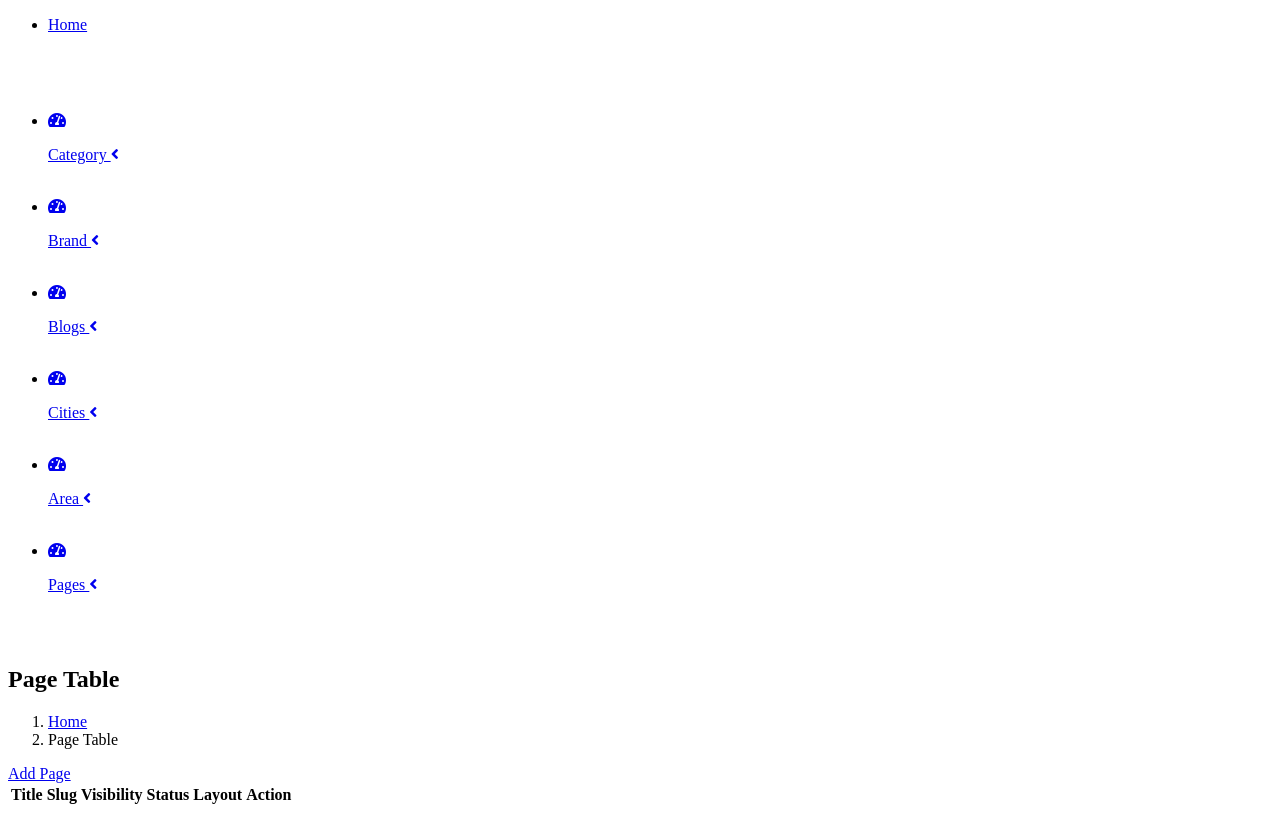
Repository: samiraelshon123/LP_Project
Page: http://localhost/admin/Page
The author's editor kept a copy of each file at every save. The page is drawn from the files as they stood at one save, then again after a run of saves.
The browser window is 1280 px wide. The pictures show the whole page.
Some web fonts or font styles are not loaded; a fallback is used. The page is served by the project's Laravel application, run on PHP 8.4 with Laravel 9. A made-up administrator, Test User (test@example.com), is signed in. Other server files are loaded and not shown. Queries for data that is not in the repository find no rows.

Above is the page before, as saved 2023-05-29 22:56:43.

### routes/web.php
<?php

use App\Http\Controllers\admin\AreaController;
use Illuminate\Support\Facades\Route;
use App\Http\Controllers\admin\CategoryController;
use App\Http\Controllers\admin\BrandController;
use App\Http\Controllers\admin\BlogController;
use App\Http\Controllers\admin\CityController;
use App\Http\Controllers\admin\PageController;
use App\Http\Controllers\admin\SocialMediaController;
use App\Http\Controllers\auth\RegisterController;
use App\Http\Controllers\auth\LoginController;
use App\Http\Controllers\auth\LogoutController;
use App\Http\Controllers\auth\AdminLoginController;

////////////

//user

use App\Http\Controllers\User\UserController;

/*
|--------------------------------------------------------------------------
| Web Routes
|--------------------------------------------------------------------------
|
| Here is where you can register web routes for your application. These
| routes are loaded by the RouteServiceProvider within a group which
| contains the "web" middleware group. Now create something great!
|
*/

Route::group(['prefix' => 'admin','middleware' => ['auth:admin']], function() {
        //admin
        Route::get('/', function(){
            return view('admin.dashboard');
        })->name('admin');

    // brand
    Route::resource('category', CategoryController::class);

    Route::resource('city', CityController::class);

    Route::resource('Area', AreaController::class);

    Route::resource('Page', PageController::class);




    // governorate
    Route::resource('brand', BrandController::class);

    //blog
     Route::resource('blog',BlogController::class);



});

//////////////////////////////////


Route::group(['middleware' => ['auth']], function() {
    Route::get('/', [UserController::class, 'home'])->name('user.home');
    Route::get('categories', [UserController::class, 'categories'])->name('user.categories');
    Route::get('about_us', [UserController::class, 'about_us'])->name('user.about_us');
    Route::get('change_location', [UserController::class, 'change_location'])->name('user.change_location');
    Route::get('contact_us', [UserController::class, 'contact_us'])->name('user.contact_us');
    Route::get('faq', [UserController::class, 'faq'])->name('user.faq');
    Route::get('privacy', [UserController::class, 'privacy'])->name('user.privacy');
    Route::get('terms_of_use', [UserController::class, 'terms_of_use'])->name('user.terms_of_use');
    Route::get('service_details', [UserController::class, 'service_details'])->name('user.service_details');
    Route::get('services_by_category', [UserController::class, 'services_by_category'])->name('user.services_by_category');




});

//////////////////////////////////

//authentication

Route::get('/register', [RegisterController::class, 'register'])->name('register');
Route::post('/register', [RegisterController::class, 'registerUser'])->name('registerUser');


Route::get('/login', [LoginController::class, 'login'])->name('login');
Route::post('/login', [LoginController::class, 'loginUser'])->name('loginUser');


Route::get('/logout', [LogoutController::class, 'logout']);

Route::get('/adminlogin', [AdminLoginController::class, 'loginPage']);
Route::post('/adminlogin', [AdminLoginController::class, 'loginAdmin'])->name('adminlogin');

### app/Models/User.php
<?php

namespace App\Models;

use Illuminate\Contracts\Auth\MustVerifyEmail;
use Illuminate\Database\Eloquent\Factories\HasFactory;
use Illuminate\Foundation\Auth\User as Authenticatable;
use Illuminate\Notifications\Notifiable;
use Laravel\Sanctum\HasApiTokens;

class User extends Authenticatable
{
    use HasApiTokens, HasFactory, Notifiable;

    /**
     * The attributes that are mass assignable.
     *
     * @var array<int, string>
     */
    protected $fillable = [
        'name',
        'phone',
        'email',
        'username',
        'password',
        'user_type'
    ];

    /**
     * The attributes that should be hidden for serialization.
     *
     * @var array<int, string>
     */
    protected $hidden = [
        'password',
        'remember_token',
    ];

    /**
     * The attributes that should be cast.
     *
     * @var array<string, string>
     */
    protected $casts = [
        'email_verified_at' => 'datetime',
    ];
     public function order(){
         return $this->belongsToMany(User::class, 'ord_users', 'user_id', 'order_id');
     }
}

### app/Models/Admin.php
<?php

namespace App\Models;

use Illuminate\Contracts\Auth\MustVerifyEmail;
use Illuminate\Database\Eloquent\Factories\HasFactory;
use Illuminate\Foundation\Auth\User as Authenticatable;
use Illuminate\Notifications\Notifiable;
use Laravel\Sanctum\HasApiTokens;

class Admin extends Authenticatable
{
    use HasApiTokens, HasFactory, Notifiable;
    public $table = 'admins';
    /**
     * The attributes that are mass assignable.
     *
     * @var array<int, string>
     */
    protected $fillable = [
        'name',
        'username',
        'role',
        'image',
        'description',
        'designation',
        'email',
        'password',
    ];

    /**
     * The attributes that should be hidden for serialization.
     *
     * @var array<int, string>
     */
    protected $hidden = [
        'password',
        'remember_token',
    ];

    /**
     * The attributes that should be cast.
     *
     * @var array<string, string>
     */
    protected $casts = [
        'email_verified_at' => 'datetime',
    ];
}

### app/Http/Controllers/admin/PageController.php
<?php

namespace App\Http\Controllers\admin;

use App\Http\Controllers\Controller;
use App\Models\Page;
use Illuminate\Http\Request;

class PageController extends Controller
{
    public function __construct()
    {
        $this->middleware('auth:admin');
    }

    public function index(){
        $pages = Page::all();

        return view('admin.pages.index', compact('pages'));

    }
    public function create(){
        return view('admin.pages.create');
    }
    public function store(Request $request)
    {
        $data = $request->validate([
            'title' => 'required|string',
            'slug' => 'required|string',
            'page_content' => 'required|string',
            'visibility' => 'required|string',
            'status' => 'required|string',
            'page_builder_status' => 'required|string',
            'layout' => 'required|string',
            'sidebar_layout' => 'required|string',
            'navbar_variant' => 'required|string',
            'page_class' => 'required|string',
            'back_to_top' => 'required|string',
            'breadcrumb_status' => 'required|string',
            'footer_variant' => 'required|string',
            'widget_style' => 'required|string',
            'left_column' => 'required|string',
            'right_column' => 'required|string',

        ]);


        Page::create($data);
            session()->flash('add_message', 'Page has been added');

        return  redirect('admin/Page');
    }

    public function edit($id){

        $Page = Page::find($id);

        return view('admin.pages.edit', compact('Page'));
    }
    public function update(Request $request, $id){
        $data = $request->validate([
            'title' => 'required|string',
            'slug' => 'required|string',
            'page_content' => 'required|string',
            'visibility' => 'required|string',
            'status' => 'required|string',
            'page_builder_status' => 'required|string',
            'layout' => 'required|string',
            'sidebar_layout' => 'required|string',
            'navbar_variant' => 'required|string',
            'page_class' => 'required|string',
            'back_to_top' => 'required|string',
            'breadcrumb_status' => 'required|string',
            'footer_variant' => 'required|string',
            'widget_style' => 'required|string',
            'left_column' => 'required|string',
            'right_column' => 'required|string',

        ]);
        $Page = Page::find($id);

        $Page->update($data);
        session()->flash('edit_message', 'Page has been updated');
        return  redirect('admin/Page');

    }
    public function destroy($id){
        $Page = Page::find($id);
        $Page->delete();
        session()->flash('delete_message', 'Page has been deleted');
        return  redirect('admin/Page');
    }
}

### app/Models/Page.php
<?php

namespace App\Models;

use Illuminate\Database\Eloquent\Factories\HasFactory;
use Illuminate\Database\Eloquent\Model;

class Page extends Model
{
    use HasFactory;
    protected $fillable = [
        'title',
        'slug',
        'page_content',
        'visibility',
        'status',
        'page_builder_status',
        'layout',
        'sidebar_layout',
        'navbar_variant',
        'page_class',
        'back_to_top',
        'breadcrumb_status',
        'footer_variant',
        'widget_style',
        'left_column',
        'right_column'
    ];

}

### resources/views/admin/pages/index.blade.php
@extends('layouts.admin')
@section('content')
  <div class="content-wrapper" style="margin-left: 0px;">
    <section class="content-header">
      <div class="container-fluid">
        <div class="row mb-2">
          <div class="col-sm-6">
            <h1>Page Table</h1>
          </div>
          <div class="col-sm-6">
            <ol class="breadcrumb float-sm-right">
              <li class="breadcrumb-item"><a href="{{route('admin')}}">Home</a></li>
              <li class="breadcrumb-item active">Page Table</li>
            </ol>
          </div>
        </div>
      </div>
    </section>

    <section class="content">
    @if(session('add_message'))
           <h1 style="color: rgb(73, 208, 73); font-size: 20px">{{session('add_message')}}</h1>
        @endif
        @if(session('delete_message'))
           <h1 style="color: red; font-size: 20px">{{session('delete_message')}}</h1>
        @endif
        @if(session('edit_message'))
           <h1 style="color: rgb(73, 208, 73); font-size: 20px">{{session('edit_message')}}</h1>
        @endif
      <div class="container-fluid">

    <div class="card" style="width: 1230px;">

      <!-- /.card-header -->
      <div class="card-body" >
        <div class="card-footer">
          <a href="{{route('Page.create')}}" class="btn btn-primary">Add Page</a>
        </div>
        <table class="table table-bordered">
          <thead>
            <tr>
              <th>Title</th>
              <th>Slug</th>
              <th>Visibility</th>
              <th>Status</th>
              <th>Layout</th>
              <th>Action</th>
            </tr>
          </thead>
          <tbody>
            <tr>
                @foreach ($pages as $Page)
                <tr>
                    <td>{{ $Page->title }}</td>
                    <td>{{ $Page->slug }}</td>
                    <td>{{ $Page->visibility }}</td>
                    <td>{{ ($Page->status == 0)? 'Active':  'InActive'  }}</td>
                    <td>{{ $Page->Layout }}</td>
                    <td style="display: flex;border-bottom: none;">
                        <a class="mr-4" href="{{route('Page.edit', $Page->id)}}">
                            <i class="fas fa-edit"></i>
                        </a>
                        <form action="{{route('Page.destroy', $Page->id)}}" method="post">
                          @method('delete')
                          @csrf
                        <button type="submit" style="border: none;color: red;background: white;">
                            <i class="far fa-trash-alt"></i>
                        </button>
                        </form>
                    </td>
                </tr>
                @endforeach
            </tr>
          </tbody>
        </table>
      </div>
    </div>
  </div>
    </section>
  </div>

  @endsection

### resources/views/layouts/admin.blade.php


  @include('includes.header')

  @include('includes.main_sidebar')

  <div class="content-wrapper">

    @yield('content')
  </div>


</div>

### resources/views/includes/header.blade.php

<!DOCTYPE html>
<html lang="en">
<head>
  <meta charset="utf-8">
  <meta name="viewport" content="width=device-width, initial-scale=1">
  <title>LP Dashboard</title>

  <link rel="stylesheet" href="{{asset('https://fonts.googleapis.com/css?family=Source+Sans+Pro:300,400,400i,700&display=fallback')}}">
  <link rel="stylesheet" href="{{asset('plugins/fontawesome-free/css/all.min.css')}}">
  <link rel="stylesheet" href="{{asset('dist/css/adminlte.min.css')}}">
</head>
<body class="hold-transition sidebar-mini layout-fixed">
<div class="wrapper">


  <nav class="main-header navbar navbar-expand navbar-white navbar-light">
    <ul class="navbar-nav">

      <li class="nav-item d-none d-sm-inline-block">
        <a href="{{route('admin')}}" class="nav-link">Home</a>
      </li>

    </ul>
  </nav>

### resources/views/includes/main_sidebar.blade.php

<aside class="main-sidebar sidebar-dark-primary elevation-4">

    <div class="sidebar">
      <div class="user-panel mt-3 pb-3 mb-3 d-flex">
        <div class="image">
        </div>
        <div class="info">
        <h5 style="color:white;" class="d-block">LP Dashboard</h5>
        </div>
      </div>



      <!-- Sidebar Menu -->
      <nav class="mt-2">
        <ul class="nav nav-pills nav-sidebar flex-column" data-widget="treeview" role="menu" data-accordion="false">

          <br>
              <li class="nav-item menu-open">
                <a href="{{route('category.index')}}" class="nav-link active">
                  <i class="nav-icon fas fa-tachometer-alt"></i>
                  <p>
                  Category
                    <i class="right fas fa-angle-left"></i>
                  </p>
                </a>
              </li>
              <br>
              <li class="nav-item menu-open">
                <a href="{{route('brand.index')}}" class="nav-link active">
                  <i class="nav-icon fas fa-tachometer-alt"></i>
                  <p>
                  Brand
                    <i class="right fas fa-angle-left"></i>
                  </p>
                </a>
              </li>
              <br>

              <li class="nav-item menu-open">
                <a href="{{route('blog.index')}}" class="nav-link active">
                  <i class="nav-icon fas fa-tachometer-alt"></i>
                  <p>
                  Blogs
                    <i class="right fas fa-angle-left"></i>
                  </p>
                </a>
              </li><br>
              <li class="nav-item menu-open">
                <a href="{{route('city.index')}}" class="nav-link active">
                  <i class="nav-icon fas fa-tachometer-alt"></i>
                  <p>
                  Cities
                    <i class="right fas fa-angle-left"></i>
                  </p>
                </a>
              </li><br>
              <li class="nav-item menu-open">
                <a href="{{route('Area.index')}}" class="nav-link active">
                  <i class="nav-icon fas fa-tachometer-alt"></i>
                  <p>
                  Area
                    <i class="right fas fa-angle-left"></i>
                  </p>
                </a>
              </li><br>
              <li class="nav-item menu-open">
                <a href="{{route('Page.index')}}" class="nav-link active">
                  <i class="nav-icon fas fa-tachometer-alt"></i>
                  <p>
                  Pages
                    <i class="right fas fa-angle-left"></i>
                  </p>
                </a>
              </li>
              <br>

              <br>



        </ul>
      </nav>
      <!-- /.sidebar-menu -->
    </div>
    <!-- /.sidebar -->
  </aside>

Loaded but not shown: app/Http/Controllers/Controller.php (common file); public/plugins/fontawesome-free/css/all.min.css (library); lang/en.json (common file)

After the next 4 saves:
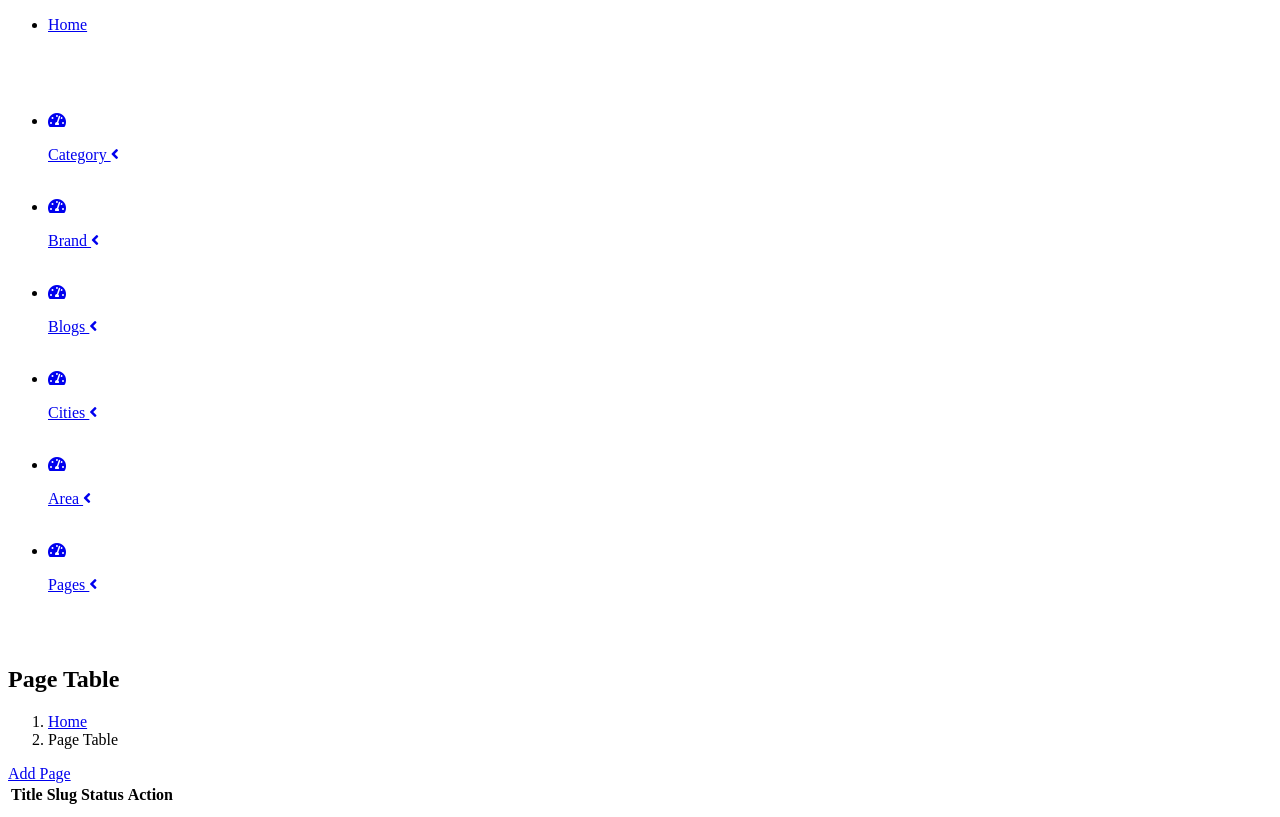
The 4 saves are shown as one change because they came seconds apart.
The last was saved 14 s later.
--- a/resources/views/admin/pages/index.blade.php
+++ b/resources/views/admin/pages/index.blade.php
@@ -41,9 +41,7 @@
             <tr>
               <th>Title</th>
               <th>Slug</th>
-              <th>Visibility</th>
               <th>Status</th>
-              <th>Layout</th>
               <th>Action</th>
             </tr>
           </thead>
@@ -53,7 +51,6 @@
                 <tr>
                     <td>{{ $Page->title }}</td>
                     <td>{{ $Page->slug }}</td>
-                    <td>{{ $Page->visibility }}</td>
                     <td>{{ ($Page->status == 0)? 'Active':  'InActive'  }}</td>
                     <td>{{ $Page->Layout }}</td>
                     <td style="display: flex;border-bottom: none;">
